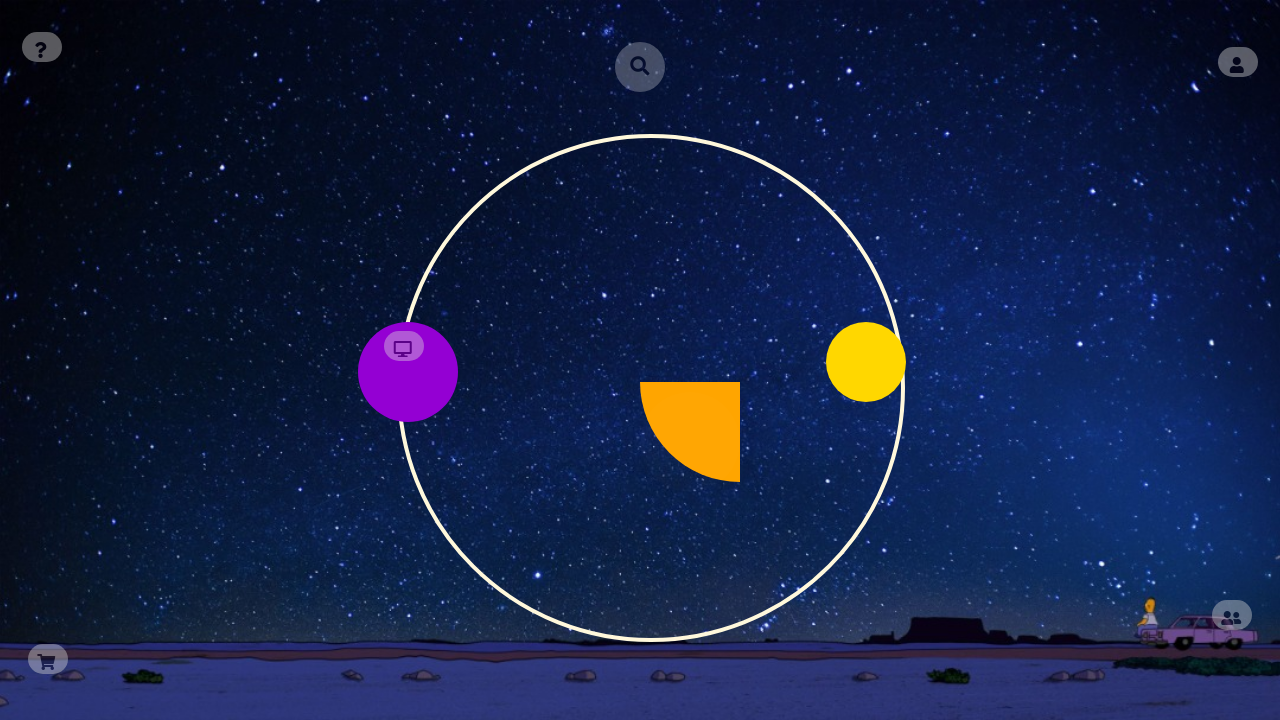
Repository: NFEL/Jupiter_shop
Page: Webpages/lnading page/landing.html
These files come from the project's save history. The page is drawn as it stood at one moment and after the next save; the edit follows.
The browser window is 1280 px wide. The pictures show the whole page.
Some web libraries are served in a nearby version.

Above is the page before, as saved 2020-11-27 03:44:22.

After the next save:
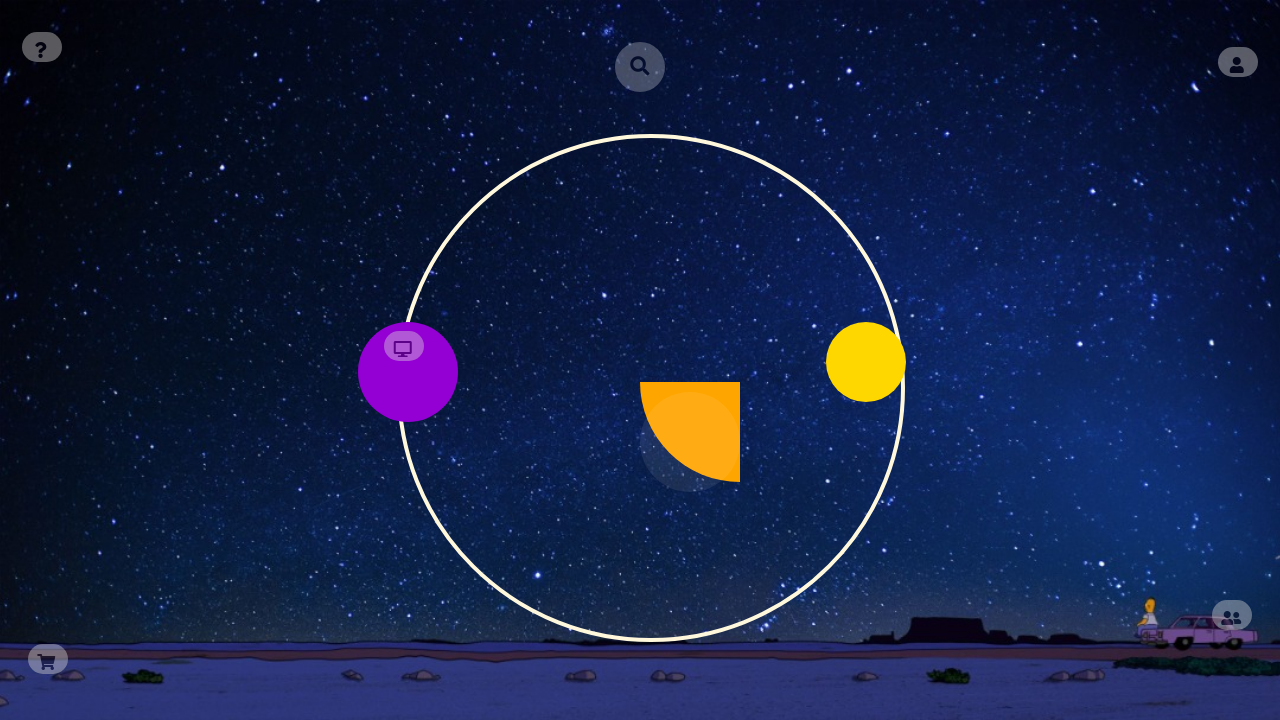
Saved 15 s later.
--- a/Webpages/lnading page/landing.css
+++ b/Webpages/lnading page/landing.css
@@ -226,5 +226,5 @@
     left: 50%;
     border-radius: 50%;
     pointer-events: none;
-    opacity: 0.01;
-  }
+    opacity: 0.08;
+  }
